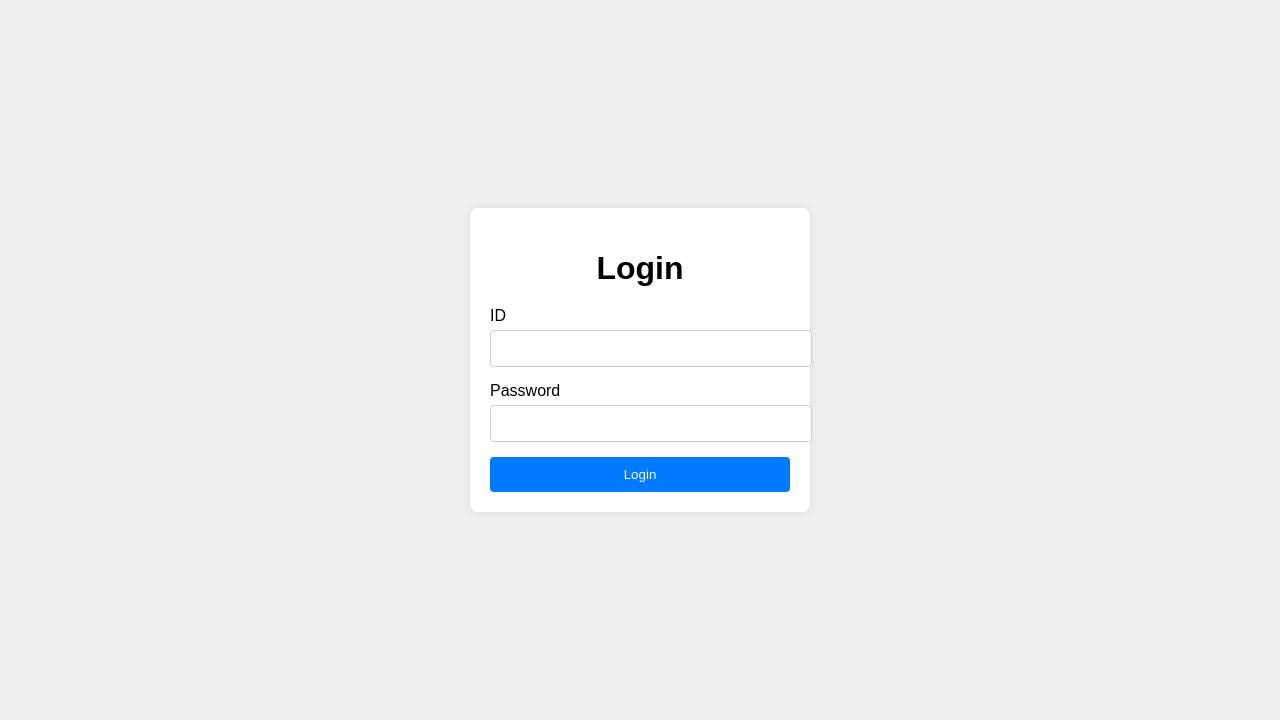
Repository: LifeIsRightward/WebServer
Page: http://localhost/JSPBook/Project/login.jsp
The author's editor kept a copy of each file at every save. The page is drawn from the files as they stood at one save, then again after the next save.
The browser window is 1280 px wide. The pictures show the whole page.
The page is served by Tomcat 9.

Above is the page before, as saved 2024-06-05 17:05:42.

After the next save:
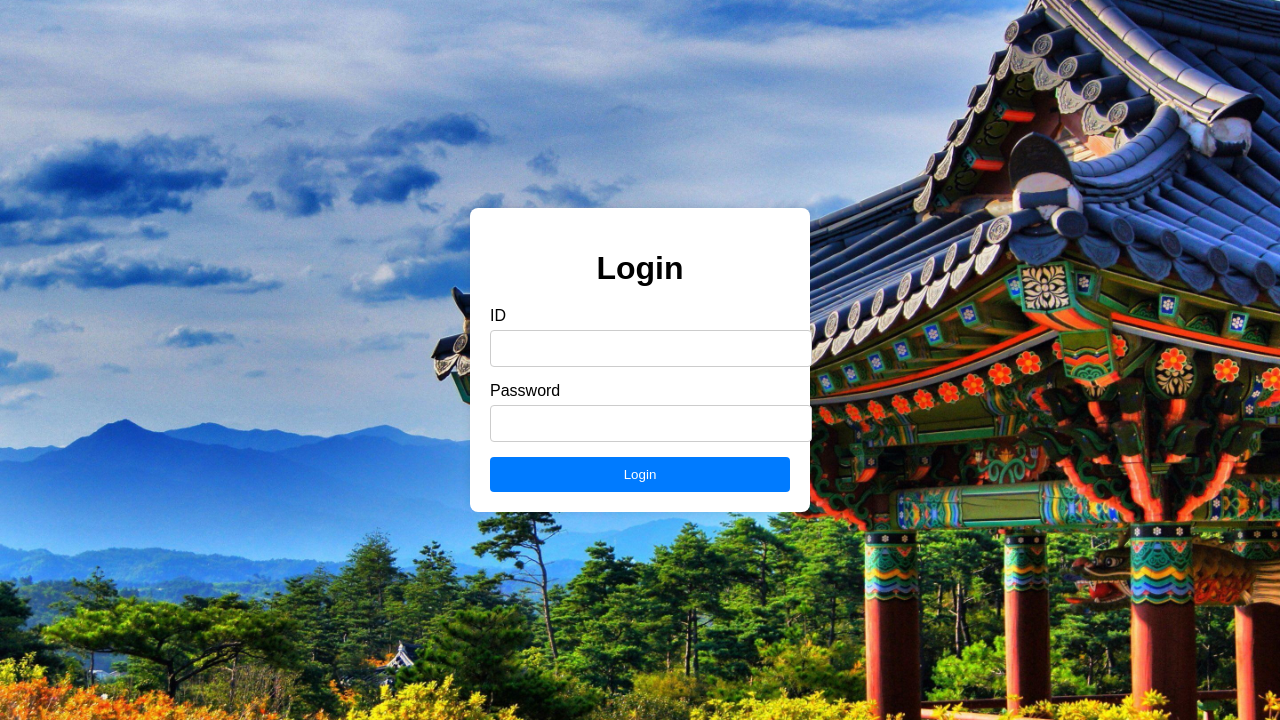
Saved 4 s later.
--- a/JSPBook/src/main/webapp/Project/login.jsp
+++ b/JSPBook/src/main/webapp/Project/login.jsp
@@ -5,6 +5,7 @@
 <head>
     <meta charset="UTF-8">
     <title>Login Page</title>
+    <link rel="stylesheet" href="css/index.css" type="text/css">
     <style>
         body {
             font-family: Arial, sans-serif;
